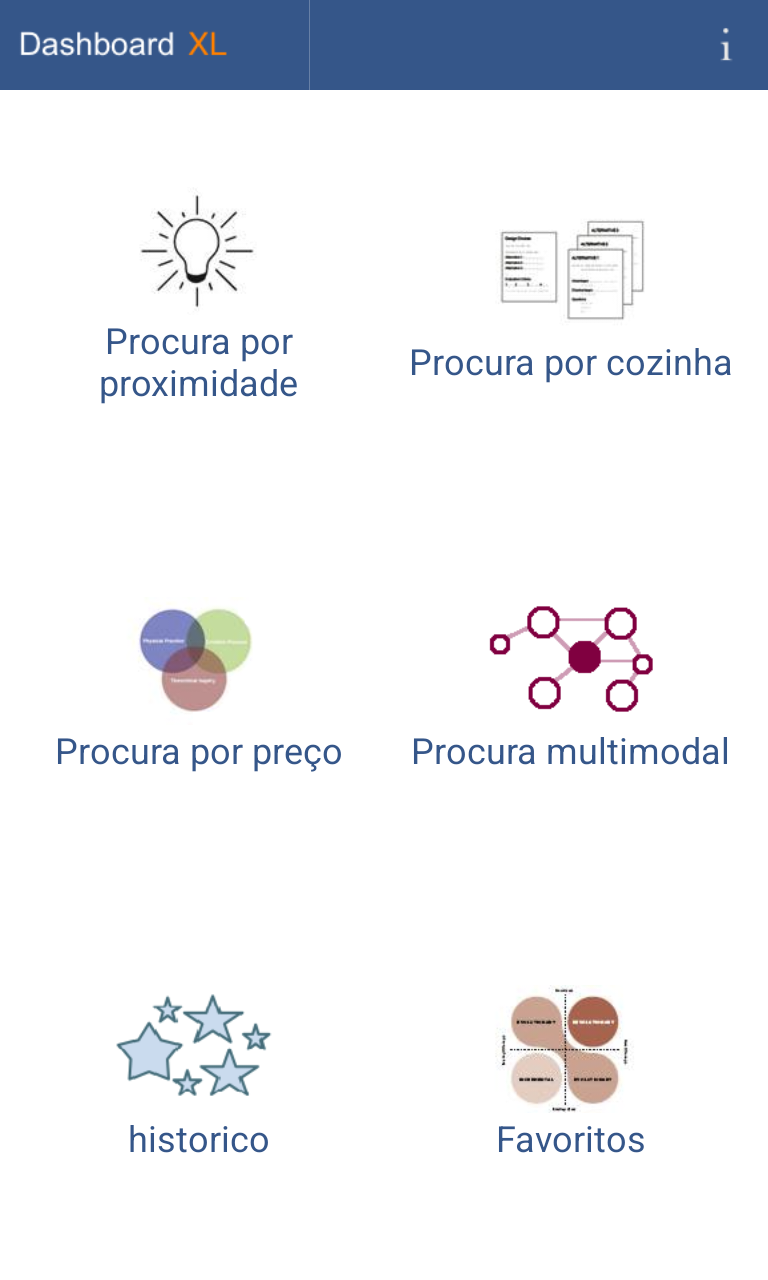
Repository: joaoA/ihc
Layout: spotilicious/res/layout/activity_home.xml
These files come from the project's save history. The layout is drawn as it stood at one moment and after the next save; the edit follows.
It is drawn on a 768 x 1280 px phone screen (xhdpi) without system bars, with theme Theme.D1; the app's code is not run.

Above is the layout before, as saved 2012-05-16 00:18:50.

After the next save:
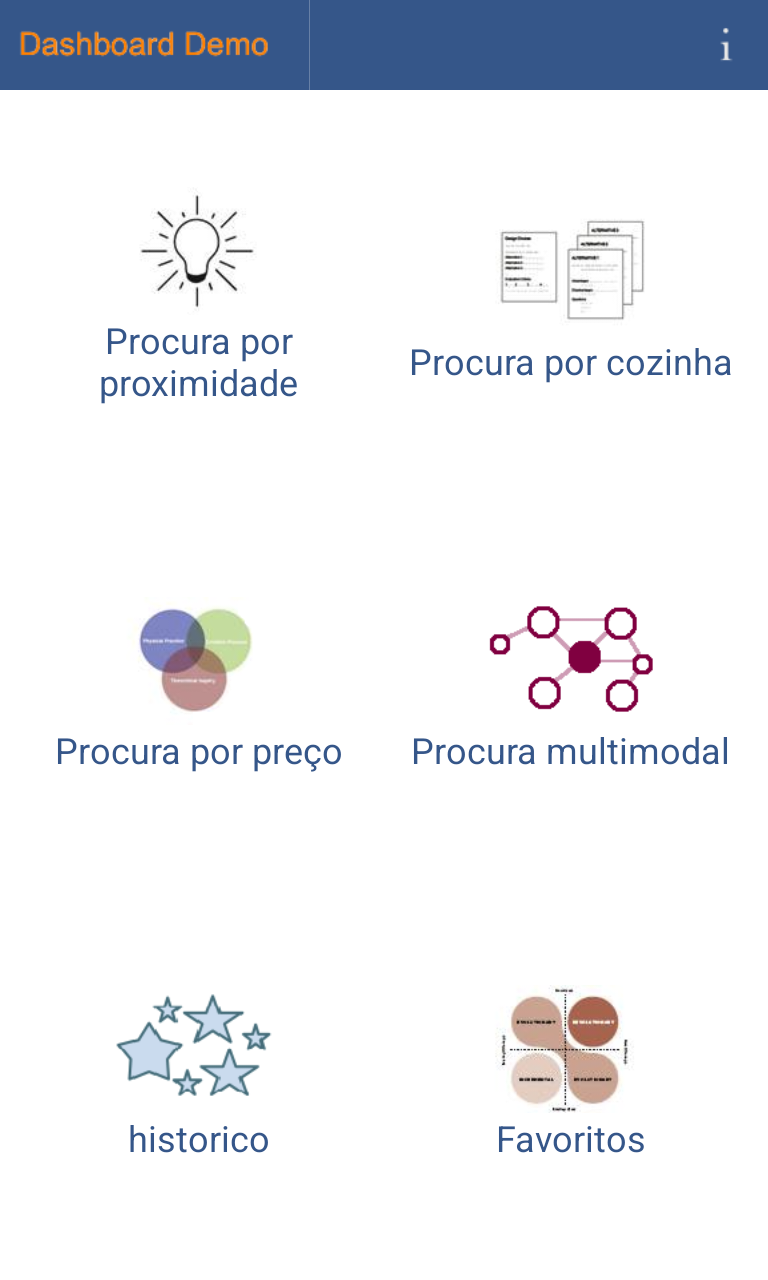
Saved 3 min 28 s later.
--- a/spotilicious/res/drawable/title_logo.xml
+++ b/spotilicious/res/drawable/title_logo.xml
@@ -15,8 +15,8 @@
     limitations under the License.
 -->
 <selector xmlns:android="http://schemas.android.com/apk/res/android">
-    <item android:state_focused="true" android:state_pressed="true" android:drawable="@drawable/title_logo_pressed"/>
     <item android:state_focused="false" android:state_pressed="true" android:drawable="@drawable/title_logo_pressed"/>
-    <item android:state_focused="true" android:drawable="@drawable/title_logo_selected"/>
+    <item android:state_focused="false" android:state_pressed="true" android:drawable="@drawable/title_logo_pressed"/>
+    <item android:state_focused="false" android:drawable="@drawable/title_logo_selected"/>
     <item android:state_focused="false" android:state_pressed="false" android:drawable="@drawable/title_logo_default"/>
 </selector>

After the 2 saves that followed:
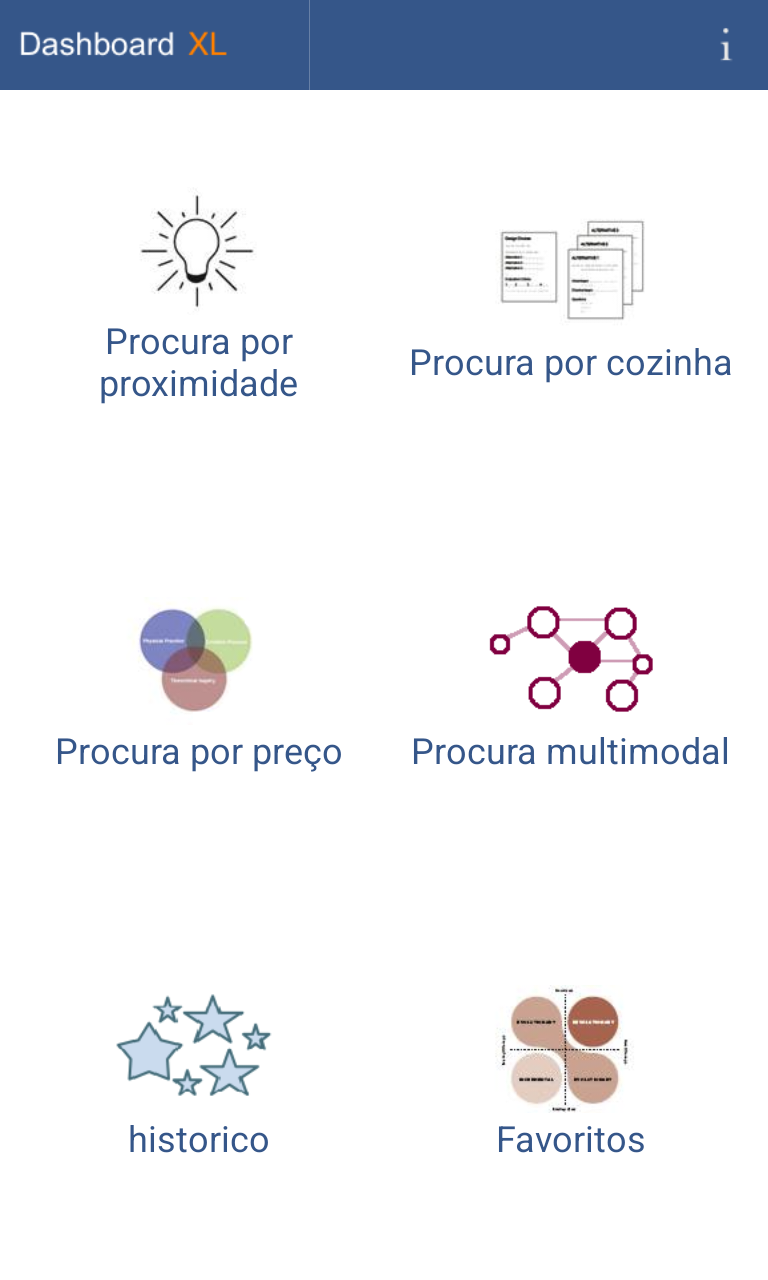
The 2 saves are shown as one change because 1 left the picture as it was.
The last was saved 64 s later.
--- a/spotilicious/res/drawable/title_logo.xml
+++ b/spotilicious/res/drawable/title_logo.xml
@@ -15,8 +15,8 @@
     limitations under the License.
 -->
 <selector xmlns:android="http://schemas.android.com/apk/res/android">
+    <item android:state_focused="true" android:state_pressed="true" android:drawable="@drawable/title_logo_pressed"/>
     <item android:state_focused="false" android:state_pressed="true" android:drawable="@drawable/title_logo_pressed"/>
-    <item android:state_focused="false" android:state_pressed="true" android:drawable="@drawable/title_logo_pressed"/>
-    <item android:state_focused="false" android:drawable="@drawable/title_logo_selected"/>
+    <item android:state_focused="true" android:drawable="@drawable/title_logo_selected"/>
     <item android:state_focused="false" android:state_pressed="false" android:drawable="@drawable/title_logo_default"/>
 </selector>
